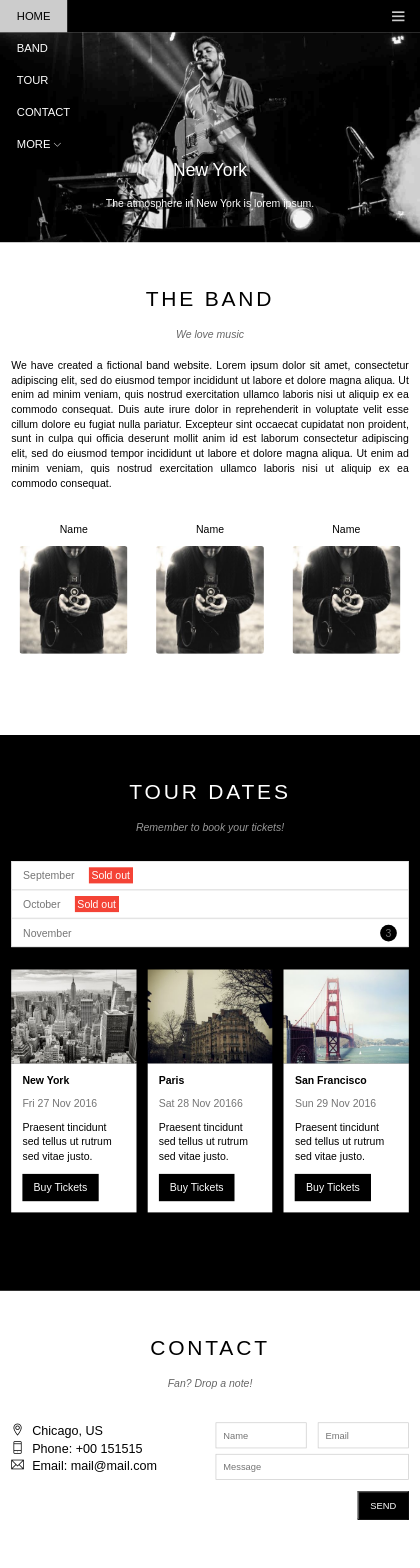
Repository: BrandonTuan777/The_Band
Page: index.html
These files come from the project's save history. The page is drawn as it stood at one moment and after a run of saves; the edit follows.
The browser window is 600 px wide. The pictures show the part of the page from y = 0 to 2240 px (the page is 2815 px tall), at 70% of full size.

Above is the page before, as saved 2022-04-12 20:52:47.

After the next 5 saves:
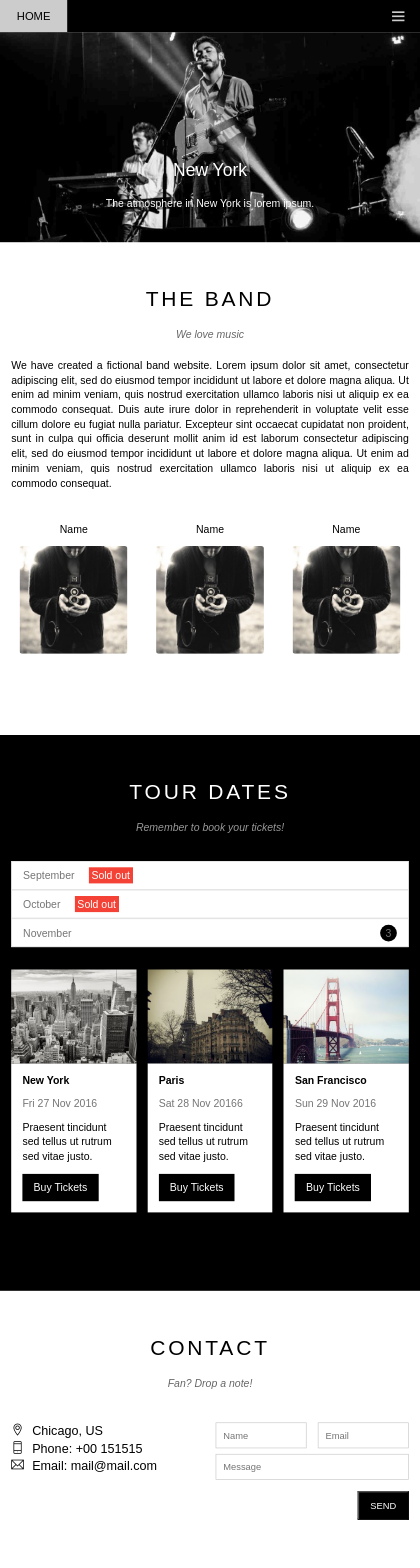
The 5 saves are shown as one change because they came seconds apart.
The last was saved 13 s later.
--- a/assets/css/responsive.css
+++ b/assets/css/responsive.css
@@ -17,7 +17,9 @@
   #nav >li:first-child{
       display: inline-block;
   }
-  #nav .subnav
+  #nav .subnav{
+      position: initial;
+  }
   #header{
       overflow: hidden;
   }
